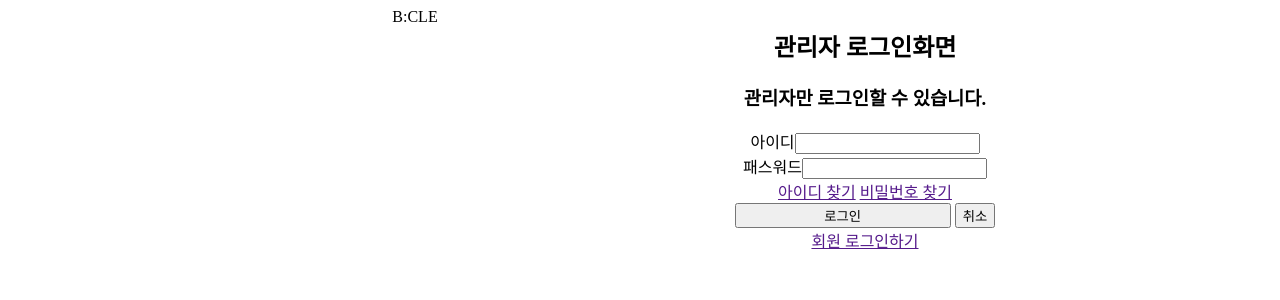
Repository: CHAEYUN7074/SpringProject_Bcle
Page: http://localhost/Bcle/LoginPageAdmin.jsp
These files come from the project's save history. The page is drawn as it stood at one moment and after the next save; the edit follows.
The browser window is 1280 px wide. The pictures show the whole page.
The page is served by Tomcat 9.

Above is the page before, as saved 2021-12-16 07:24:38.

### Bcle/WebContent/LoginPageAdmin.jsp
<%@ page contentType="text/html; charset=UTF-8"%>
<%@ taglib prefix="c" uri="http://java.sun.com/jsp/jstl/core"%>
<%
    request.setCharacterEncoding("UTF-8");
    String cp = request.getContextPath();
%>
<!DOCTYPE html>
<html>
<head>
<meta charset="UTF-8">
<title>LoginPageAdmin.jsp</title>
<style type="text/css">

.bg
{
	position: relative;
	text-align: center;
}
.t-box
{
	display: flex;
	margin: 0 auto;
	width: 900px;

}
.right
{
	flex: 1;
	height: 500px;
}

.left
{
	float: right;
	flex: 1;

}

.info {
	background-color: orange;
	width: 70vh;
	height: 30vh;
}

.upper {
	display: flex;
	background-color: gray;
}

</style>
</head>
<body>


<div class="bg">
	<div class="t-box">
		<div class="right">
			B:CLE
		</div>

		<div class="left">
			<div>
				<div><h2>관리자 로그인화면</h2></div>
				<div><h3>관리자만 로그인할 수 있습니다.</h3></div>
			</div>

			<div>
				<form action="">
					아이디<input type="text" id="id" name="id"/><br>
					패스워드<input type="password" id="pwd" name="pwd"/><br>

					<a href="">아이디 찾기</a>
					<a href="">비밀번호 찾기</a>
					<br>
					<input type="button" value="로그인" id="submitBtn" class="btn"
					style="width: 48%;">
					<input type="button" value="취소">
				</form>
			</div>

			<div>
					<a href="">회원 로그인하기</a>
			</div>
		</div>
	</div>
</div>

</body>
</html>

After the next save:
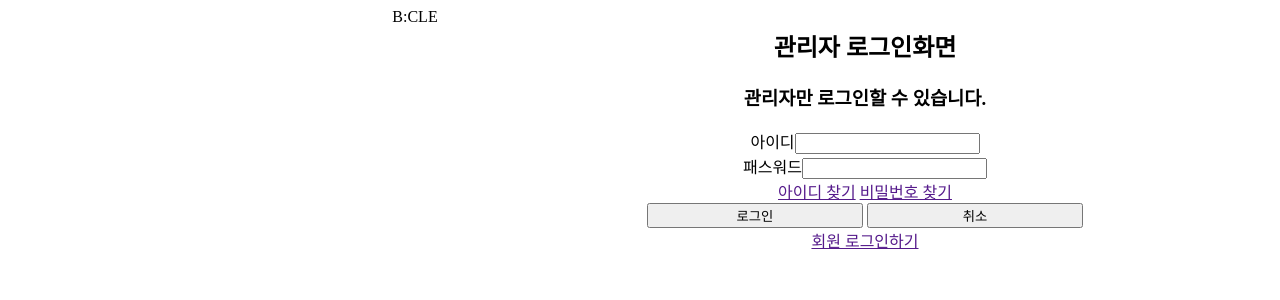
Saved 15 s later.
--- a/Bcle/WebContent/LoginPageAdmin.jsp
+++ b/Bcle/WebContent/LoginPageAdmin.jsp
@@ -74,7 +74,8 @@
 					<br>
 					<input type="button" value="로그인" id="submitBtn" class="btn"
 					style="width: 48%;">
-					<input type="button" value="취소">
+					<input type="button" value="취소" id="resetBtn" class="btn"
+					style="width: 48%;">
 				</form>
 			</div>
 
